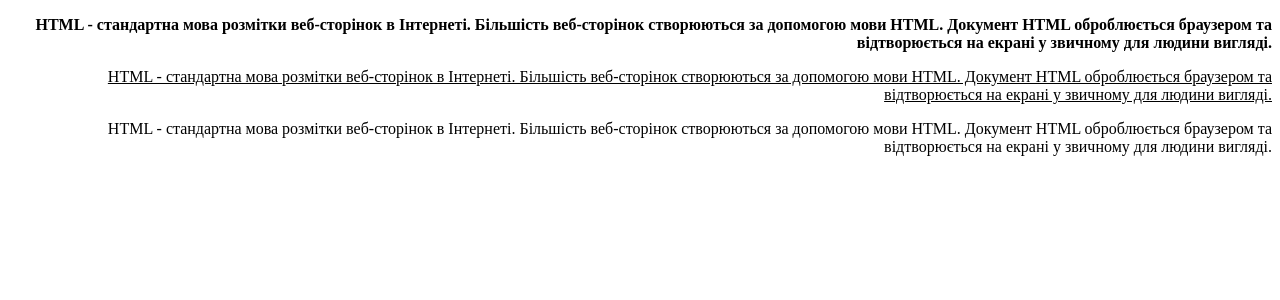
Repository: vlad-zeus/IT20
Page: 01_HTML/g2_gorodetsky_vladislav_dz_01/index03 copy.html
These files come from the project's save history. The page is drawn as it stood at one moment and after the next save; the edit follows.
The browser window is 1280 px wide. The pictures show the whole page.

Above is the page before, as saved 2021-10-25 11:01:49.

After the next save:
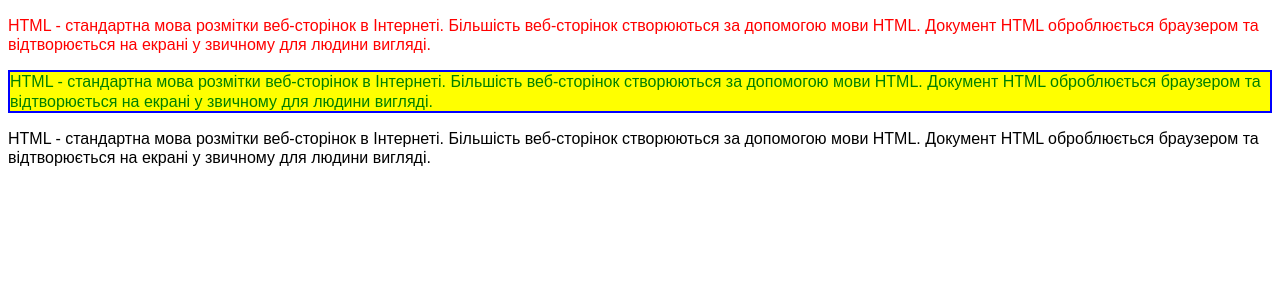
Saved 2 h 17 min later.
--- a/01_HTML/g2_gorodetsky_vladislav_dz_01/index03 copy.html
+++ b/01_HTML/g2_gorodetsky_vladislav_dz_01/index03 copy.html
@@ -4,38 +4,46 @@
     <meta charset="UTF-8" />
     <title>Вивчаємо CSS</title>
     <style>
-      /* присвойте кожному блоку CSS правил відповідний селектор */
-
-      #html_id {
-        font-weight: bold;
+      body {
+        font-family: Arial;
+        font-size: 16px;
+        line-height: 1.2em;
       }
-
-      .html_class {
-        text-decoration: underline;
+      .paragraf1 {
+        color: red;
       }
-
-      p {
-        text-align: right;
+      .paragraf2 {
+        border-width: 2px;
+        border-style: solid;
+        border-color: blue;
+        background-color: yellow;
+        color: green;
+        /* додайте стилі тут */
+      }
+      .paragraf3 {
+        /* додайте стилі тут */
       }
     </style>
   </head>
 
   <body>
-    <p id="html_id">
+    <!-- Відформатуйте текст, наведений нижче-->
+
+    <p class="paragraf1">
       HTML - стандартна мова розмітки веб-сторінок в Інтернеті. Більшість
       веб-сторінок створюються за допомогою мови HTML. Документ HTML
       оброблюється браузером та відтворюється на екрані у звичному для людини
       вигляді.
     </p>
 
-    <p class="html_class">
+    <p class="paragraf2">
       HTML - стандартна мова розмітки веб-сторінок в Інтернеті. Більшість
       веб-сторінок створюються за допомогою мови HTML. Документ HTML
       оброблюється браузером та відтворюється на екрані у звичному для людини
       вигляді.
     </p>
 
-    <p>
+    <p class="paragraf3">
       HTML - стандартна мова розмітки веб-сторінок в Інтернеті. Більшість
       веб-сторінок створюються за допомогою мови HTML. Документ HTML
       оброблюється браузером та відтворюється на екрані у звичному для людини
